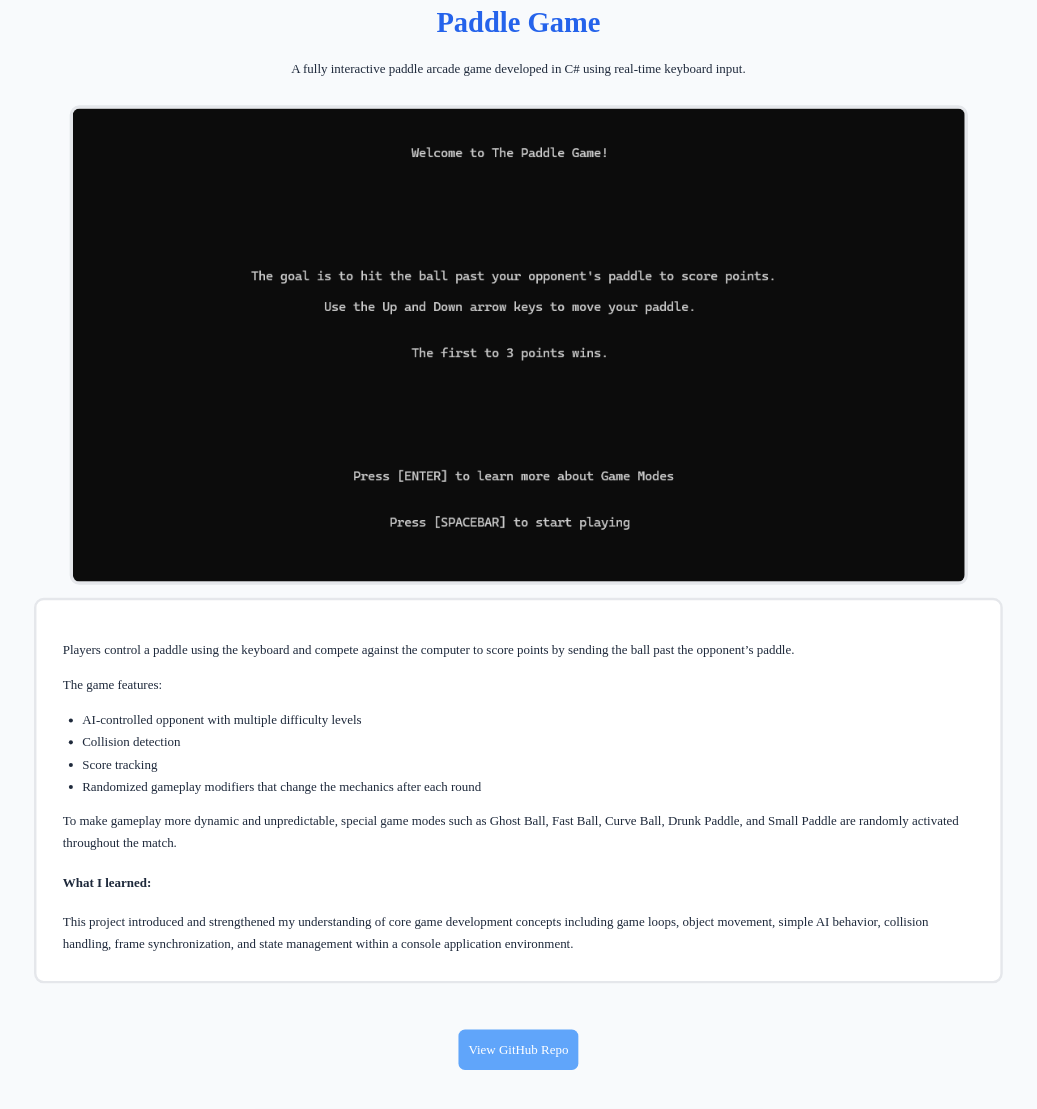
Repository: alison-cunningham/alison-cunningham
Page: pages/paddle-game.html
These files come from the project's save history. The page is drawn as it stood at one moment and after the next save; the edit follows.
The browser window is 1280 px wide. The pictures show the whole page, at 81% of full size.
Some web fonts or font styles are not loaded; a fallback is used.

Above is the page before, as saved 2026-05-12 19:51:22.

### pages/paddle-game.html
<!DOCTYPE html>
<html lang="en">
<head>
    <meta charset="UTF-8" />
    <title>Project - Paddle Game</title>
    <meta name="viewport" content="width=device-width, initial-scale=1.0">
    <link rel="stylesheet" href="../styles/globals.css"/>
    <link rel="stylesheet" href="../styles/pages.css">
</head>
<body>
    <header class="project-header">
        <h1>Paddle Game</h1>
        <p>
            A fully interactive paddle arcade game developed in C# using real-time keyboard input.
        </p>
    </header>

    <img src="../assets/images/paddle-game-screenshot-2.png" alt="Screenshot from Paddle Game gameplay">

    <section class="project-description">
        <p>
            Players control a paddle using the keyboard and compete against the computer to score points by sending the ball past the opponent’s paddle.
        </p>


        The game features:
        <ul>
            <li>AI-controlled opponent with multiple difficulty levels</li>
            <li>Collision detection</li>
            <li>Score tracking</li>
            <li>Randomized gameplay modifiers that change the mechanics after each round</li>
        </ul>


        To make gameplay more dynamic and unpredictable, special game modes such as Ghost Ball, Fast Ball, Curve Ball, Drunk Paddle, and Small Paddle are randomly activated throughout the match.
        <br>
        <h4>What I learned:</h4>
        This project introduced and strengthened my understanding of core game development concepts including game loops, object movement, simple AI behavior, collision handling, frame synchronization, and state management within a console application environment.
    </section>

    <br>
    <a class="project-link"
        href="https://github.com/alison-cunningham/PaddleGame-2D-Collision-Simulation.git"
        target="_blank">
        View GitHub Repo
    </a>

</body>

</html>

### styles/globals.css
@font-face{
    font-family: 'Radio-Canada';
    src: url('../assets/fonts/Radio_Canada/RadioCanada-VariableFont_wdth\,wght.ttf')
}

*{
    box-sizing: border-box;
}

body{
    font-family: 'Radio-Canada';

    background-color: #f8fafc;
    color: #1e293b;

    line-height: 1.6;
    font-size: 1rem;

    margin: 0;
    overflow-x: hidden;
}


a{
    text-decoration: none;
    color: inherit;
}

h3{
    font-size: 1.4rem;
    margin-bottom: 1rem;
    color: #0f172a;
}

.page-header{

    font-size: 1.3rem;
    width: 100%;
    padding: 1rem 0;

    background-color: #ffffff;
    border-bottom: .2rem solid #e5e7eb85;

    display: flex;
    flex-direction: column;
    align-items: center;
    justify-content: center;
    text-align: center;


}

header h1{
    font-size: 3rem;
    margin: 0;
}

.nav-bar{
    display: flex;
    gap: 2rem;

    width: 100%;
    max-width: 100%;

    overflow-x: auto;

    padding: 0.5rem 1rem;
    margin: 0;

    font-size: 1.5rem;
}

.nav-bar::-webkit-scrollbar{
    height: 0.45rem;
}

.nav-bar::-webkit-scrollbar-track{
    background: #e5e7eb;
    border-radius: 999rem;
}

.nav-bar::-webkit-scrollbar-thumb{
    background: #34d399;
    border-radius: 999rem;
}

.hover-text{
    color: #60a5fa;
    position: relative;
}

.hover-text:hover{
    color: #34d399;
}

.hover-text::after{
    content:"";
    position: absolute;
    left: 0;
    bottom: -2px;

    width: 0%;
    height: 2px;
    background: #34d399;
    transition: width 0.6s ease;

}

.hover-text:hover::after {
    width: 100%;
}

### styles/pages.css
body{
    display: flex;
    flex-direction: column;
    align-items: center;

    margin: 0 auto;
    padding: 0 1.5rem;

}

.main-header{
    display: grid;
    text-align: center;

    font-size: 1.2rem;
}

.main-header h2{
    font-size: 3rem;

    margin-bottom: 0.5rem;

    color: #0f172a;
    letter-spacing: -0.05rem;
}

.main-header p{
    margin-top: 0;

    font-size: 1.2rem;
    color: #64748b;
}

.project-header{
    display: grid;
    justify-content: center;
    text-align: center;

}

.project-header h1{
    margin-bottom: 0;

    font-size: 2.2rem;

    color: #2563eb;
}

nav{
    width: 100%;
    margin: 1rem auto;
    padding: .75rem;

    background-color: #ffffff;
    border: .2rem solid #e5e7eb;
    border-radius: 1rem;

    display: flex;
    justify-content: center;
    gap: 1rem;
    flex-wrap: wrap;

}

nav a{

    color: #60a5fa;
    padding: .5rem .5rem;
    border-radius: .75rem;

    font-size: 1.1rem;

    transition:
        background-color 0.3s ease,
        color 0.3s ease,
        transform 0.3s ease;
}

nav a:hover{
    background-color: #34d399;
    color: white;
}

img{
    display: block;
    max-width: 100%;
    margin: 1rem auto;
    border: .3rem solid #e5e7eb;
    border-radius: .75rem;

    transition: transform 0.3s ease;
}

img:hover{
    transform: scale(1.09);
}

.project-description{
    max-width: 97%;

    margin: 0 auto 2rem;
    padding: 2rem;

    background-color: #ffffff;
    border: .2rem solid #e5e7eb;
    border-radius: .75rem;

    line-height: 1.7;
}

.project-description ul{
    margin-top: 1rem;
    margin-bottom: 1rem;
    padding-left: 1.5rem;
}

.project-link{
    display: block;
    width: fit-content;

    margin: 0 auto 3rem;
    padding: .75rem;

    background-color: #60a5fa;
    color: white;

    text-decoration: none;

    border-radius: .5rem;

    transition: background-color 0.3s ease;
    transition: transform 0.2s ease;
}

.project-link:hover{
    background-color: #34d399;
}

summary{
    text-align: center;
    margin-bottom: 2rem;
}

.learned{
    line-height: 2rem;
    background-color: #e5e7eb;
    padding: 0.3rem 1.5rem 1rem;
    margin: 0.2rem;
    border-radius: 0.75rem;
}

.payroll-breakdown{
    line-height: 1.4rem;
}

iframe{
    width: 100%;
    min-height: 80vh;
    border: 0;
}

After the next save:
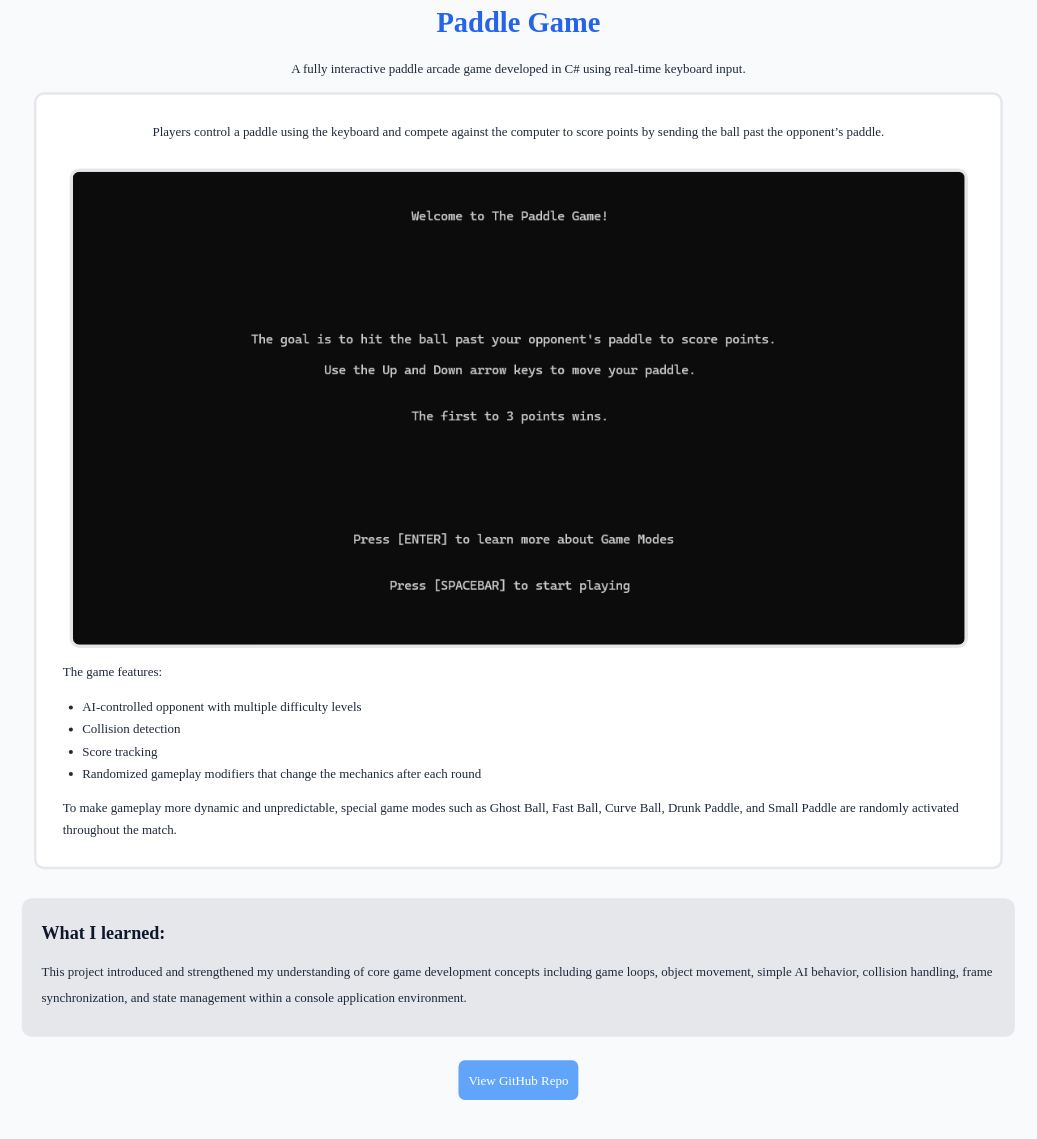
Saved 59 s later.
--- a/pages/paddle-game.html
+++ b/pages/paddle-game.html
@@ -15,13 +15,12 @@
         </p>
     </header>
 
-    <img src="../assets/images/paddle-game-screenshot-2.png" alt="Screenshot from Paddle Game gameplay">
+    <section class="project-description">
+        <summary>
+            Players control a paddle using the keyboard and compete against the computer to score points by sending the ball past the opponent’s paddle.
+        </summary>
 
-    <section class="project-description">
-        <p>
-            Players control a paddle using the keyboard and compete against the computer to score points by sending the ball past the opponent’s paddle.
-        </p>
-
+        <img src="../assets/images/paddle-game-screenshot-2.png" alt="Screenshot from Paddle Game gameplay">
 
         The game features:
         <ul>
@@ -33,12 +32,17 @@
 
 
         To make gameplay more dynamic and unpredictable, special game modes such as Ghost Ball, Fast Ball, Curve Ball, Drunk Paddle, and Small Paddle are randomly activated throughout the match.
-        <br>
-        <h4>What I learned:</h4>
-        This project introduced and strengthened my understanding of core game development concepts including game loops, object movement, simple AI behavior, collision handling, frame synchronization, and state management within a console application environment.
+    </section>
+
+    <section class="learned">
+
+        <h3>What I learned:</h3>
+        <p>This project introduced and strengthened my understanding of core game development concepts including game loops, object movement, simple AI behavior, collision handling, frame synchronization, and state management within a console application environment.</p>
+
     </section>
 
     <br>
+
     <a class="project-link"
         href="https://github.com/alison-cunningham/PaddleGame-2D-Collision-Simulation.git"
         target="_blank">
